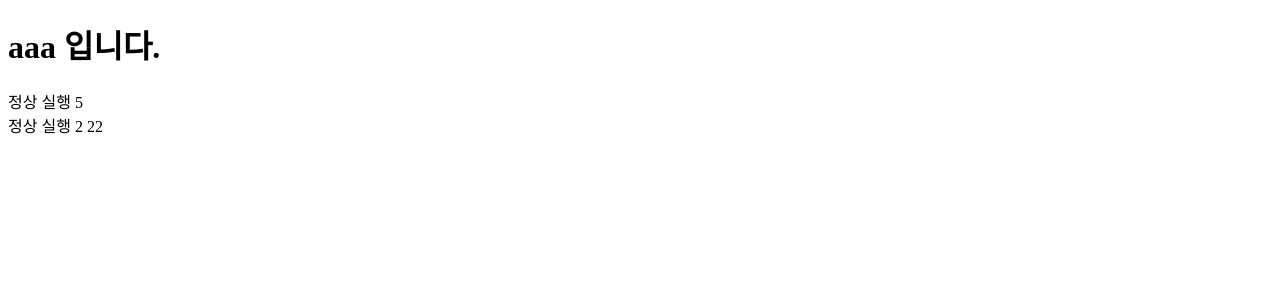
Repository: Jamikidu/newJsp
Page: http://localhost/jspProj/err/aaa.jsp
The author's editor kept a copy of each file at every save. The page is drawn from the files as they stood at one save, then again after a run of saves.
The browser window is 1280 px wide. The pictures show the whole page.
The page is served by Tomcat 9. Nobody is signed in. The application's start-up code is not run.

Above is the page before, as saved 2023-07-26 01:10:38.

After the next 2 saves:
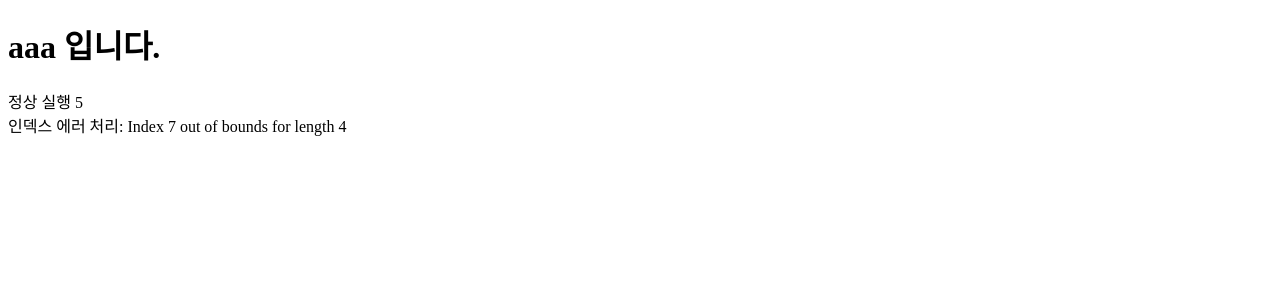
The 2 saves are shown as one change because 1 did not build or start.
The last was saved 3 min 37 s later.
--- a/jspProj/src/main/webapp/err/aaa.jsp
+++ b/jspProj/src/main/webapp/err/aaa.jsp
@@ -16,10 +16,12 @@ try{
 
 	int [] arr = {11, 22, 33 ,44};
 
-	out.println("정상 실행 2 " + arr[1]);
+	out.println("정상 실행 2 " + arr[7]);
 
 }catch(ArithmeticException e){
 	out.println("수학적 에러 처리: "+e.getMessage());
+}catch(ArrayIndexOutOfBoundsException e){
+	out.println("인덱스 에러 처리: "+e.getMessage());
 }
 %>
 </body>
